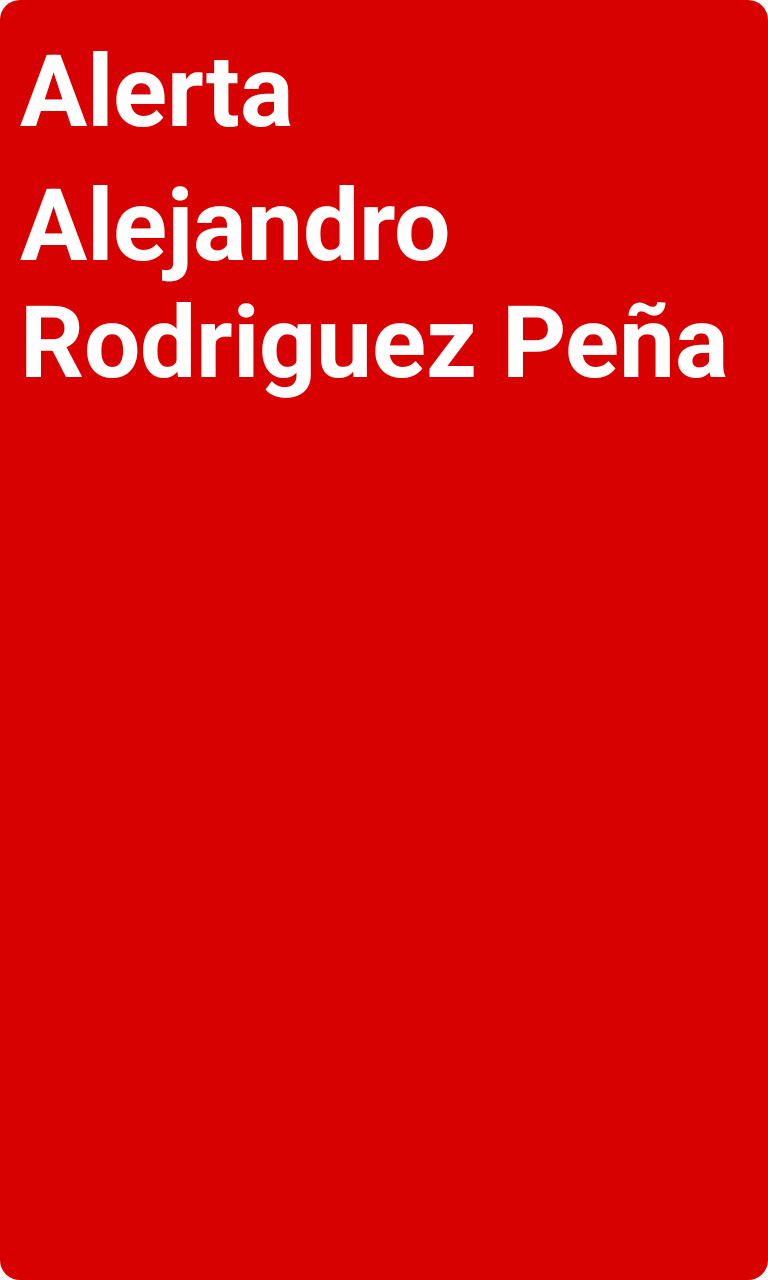
Repository: arodriguezp2003/aqandroid
Layout: Validador/res/layout/alerta_error.xml
An editor plug-in stored every save of this project. The layout is shown before and after the next save, followed by the edit.
It is drawn on a 768 x 1280 px phone screen (xhdpi) without system bars, with theme AppTheme; the app's code is not run.

Above is the layout before, as saved 2014-07-10 16:21:39.

After the next save:
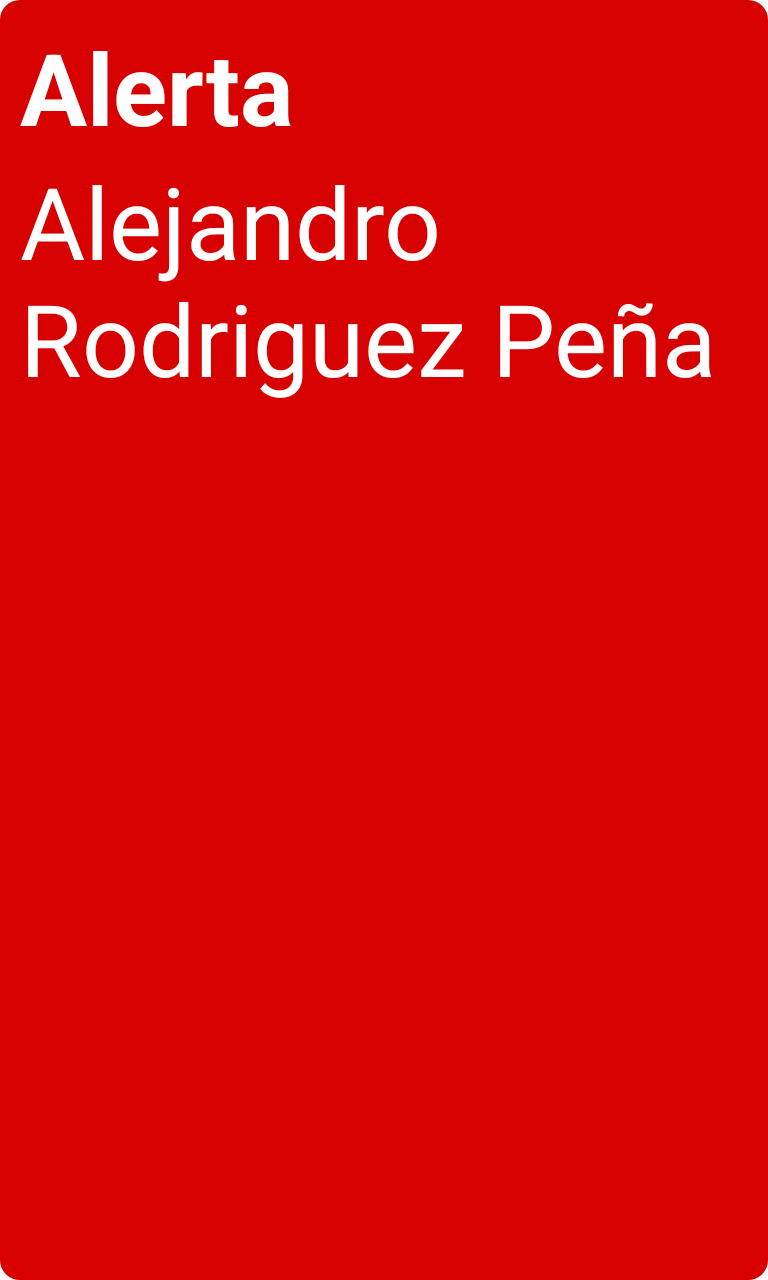
Saved 22 s later.
--- a/Validador/res/layout/alerta_error.xml
+++ b/Validador/res/layout/alerta_error.xml
@@ -21,7 +21,7 @@
         android:layout_width="wrap_content"
         android:layout_height="wrap_content"
         android:text="Alejandro Rodriguez Peña"
-        android:textStyle="bold"
+
         android:textColor="#FFFFFF"
         android:textSize="50dp"/>
 
